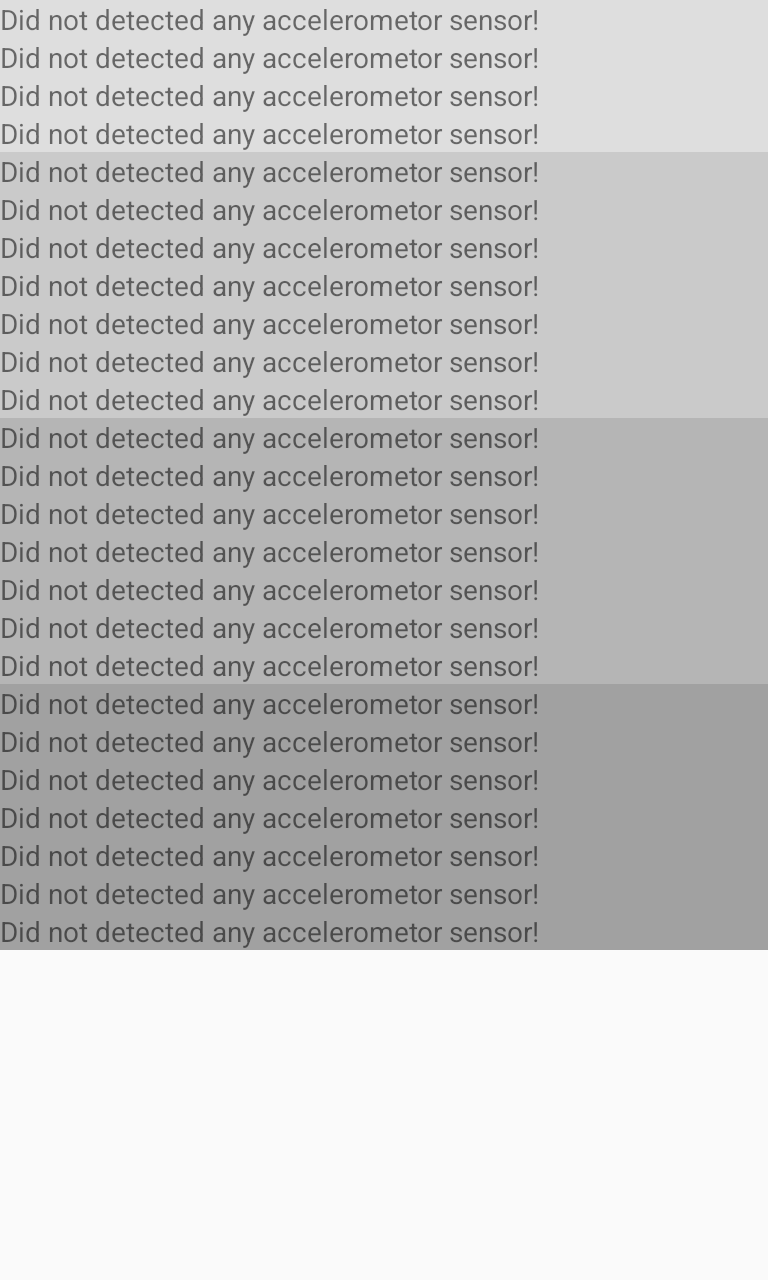
Repository: deyan-yosifov/Android
Layout: Workspace/BouncingBallGame/res/layout/activity_accelerometer_monitor.xml
These files come from the project's save history. The layout is drawn as it stood at one moment and after the next save; the edit follows.
It is drawn on a 768 x 1280 px phone screen (xhdpi) without system bars, with theme AppTheme; the app's code is not run.

Above is the layout before, as saved 2015-01-04 12:02:14.

After the next save:
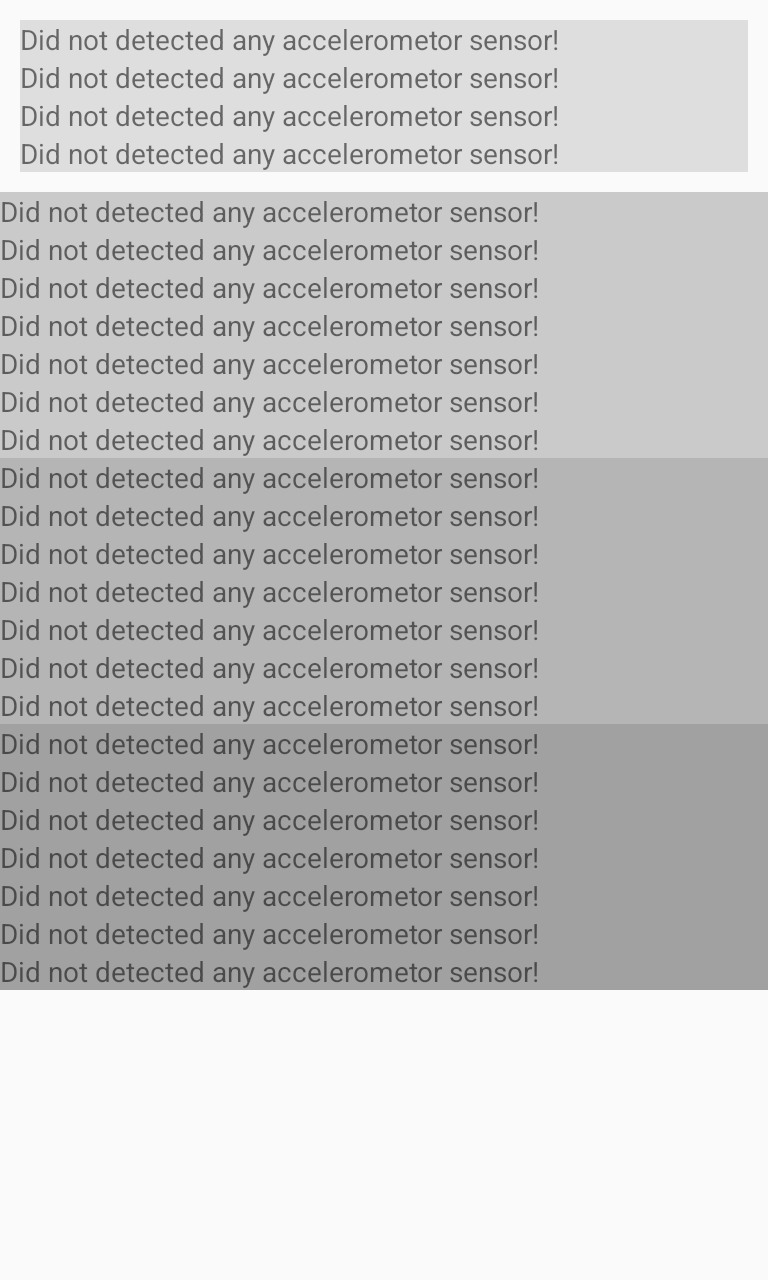
Saved 25 s later.
--- a/Workspace/BouncingBallGame/res/layout/activity_accelerometer_monitor.xml
+++ b/Workspace/BouncingBallGame/res/layout/activity_accelerometer_monitor.xml
@@ -11,6 +11,7 @@
 		<LinearLayout
 		    android:layout_width="fill_parent"
 	        android:layout_height="wrap_content"
+	        android:layout_margin="10dp"
 	        android:orientation="vertical"
 	        android:id="@+id/acceleromatorValues"
 	        android:background="#99cccccc"
